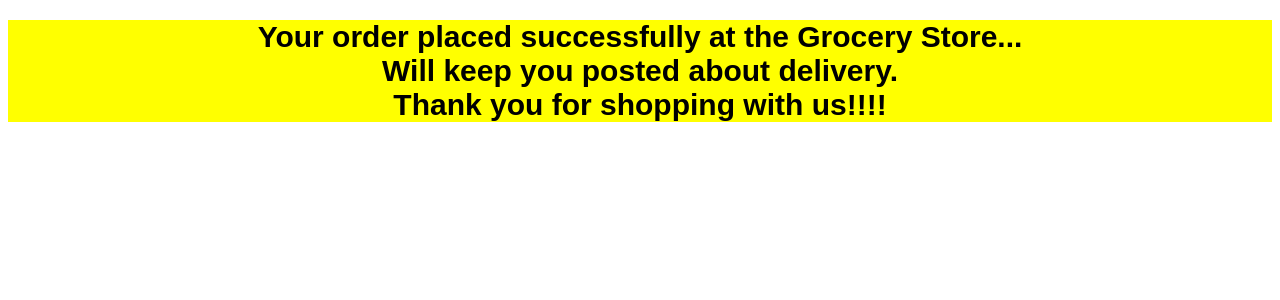
Repository: pournimapatil27/GroceryStoreMicroservice
Page: StoreLogin/src/main/resources/static/invalid.html
An editor plug-in stored every save of this project. The page is shown before and after the next save, followed by the edit.
The browser window is 1280 px wide. The pictures show the whole page.

Above is the page before, as saved 2021-12-01 12:38:45.

After the next save:
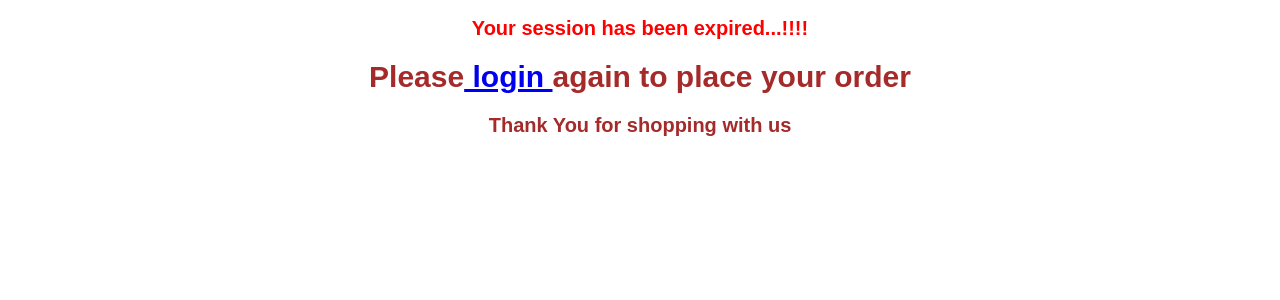
Saved 2 min 34 s later.
--- a/StoreLogin/src/main/resources/static/invalid.html
+++ b/StoreLogin/src/main/resources/static/invalid.html
@@ -7,6 +7,8 @@
       <title>Grocery Store</title>
    </h:head>
    <h:body>
-      <h1 style="background-color:yellow;font-family:'Arial';font-size:30px;text-align: center">Your order placed successfully at the Grocery Store...<br>Will keep you posted about delivery.<br> Thank you for shopping with us!!!!</h1>
+      <h2 style="color:red;font-family:'Arial';font-size:20px;text-align: center">Your session has been expired...!!!!</h2>
+      <h1 style="color:brown;font-family:'Arial';font-size:30px;text-align: center">Please<a href="http://localhost:8080"> login </a> again to place your order</h1>
+      <h3 style="color:brown;font-family:'Arial';font-size:20px;text-align: center">Thank You for shopping with us</h3>
    </h:body>
 </html>
